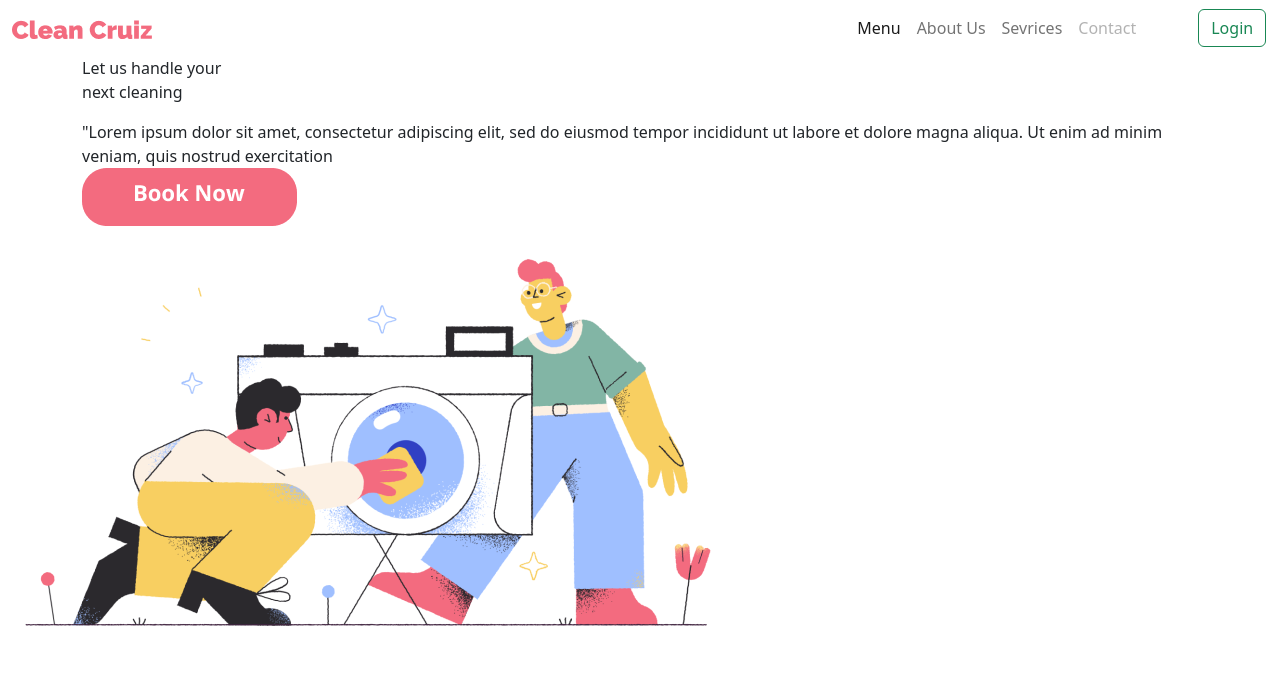
Repository: uy022/QuocUybaitapgiuaki
Page: index.html
The author's editor kept a copy of each file at every save. The page is drawn from the files as they stood at one save, then again after the next save.
The browser window is 1280 px wide. The pictures show the whole page.

Above is the page before, as saved 2022-08-30 23:01:15.

After the next save:
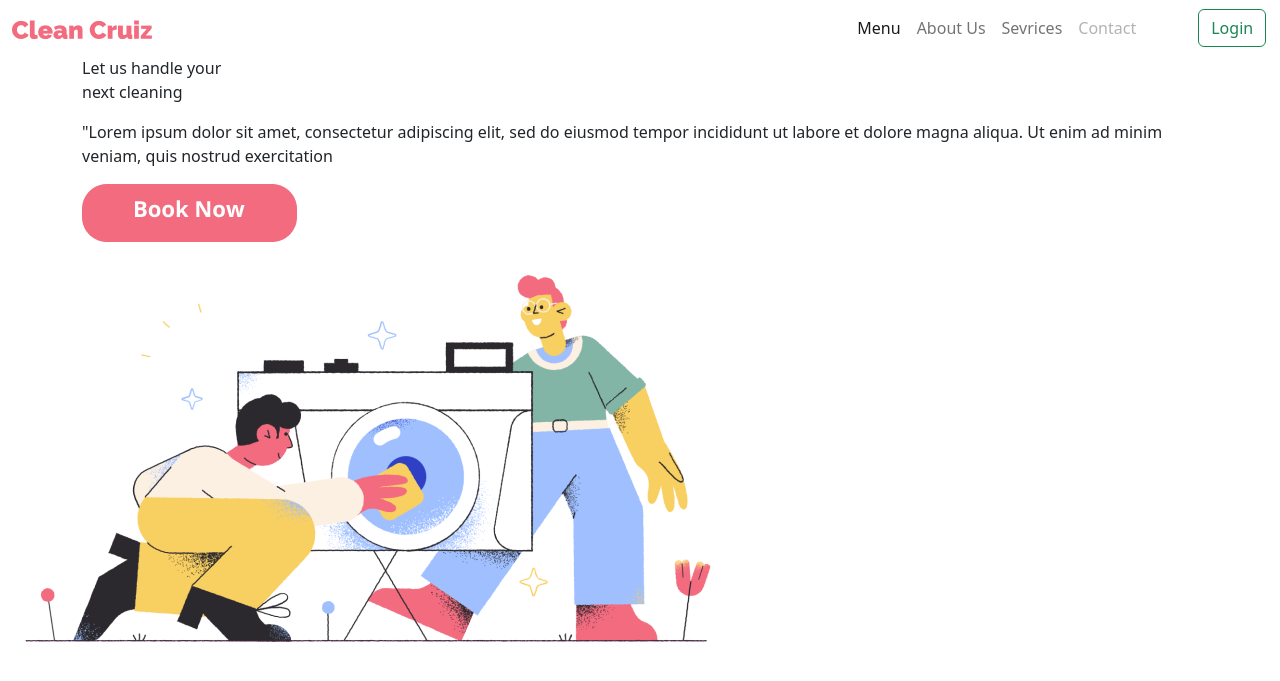
Saved 58 s later.
--- a/index.html
+++ b/index.html
@@ -46,9 +46,9 @@
           <p>Let us handle your <br> next cleaning</p>
         </div>
 
-        <div class="">
+        <p>
           "Lorem ipsum dolor sit amet, consectetur adipiscing elit, sed do eiusmod tempor incididunt ut labore et dolore magna aliqua. Ut enim ad minim veniam, quis nostrud exercitation
-        </div>
+        </p>
 
         <div class="">
           <img src="./imgs/Book now.png" alt="">
